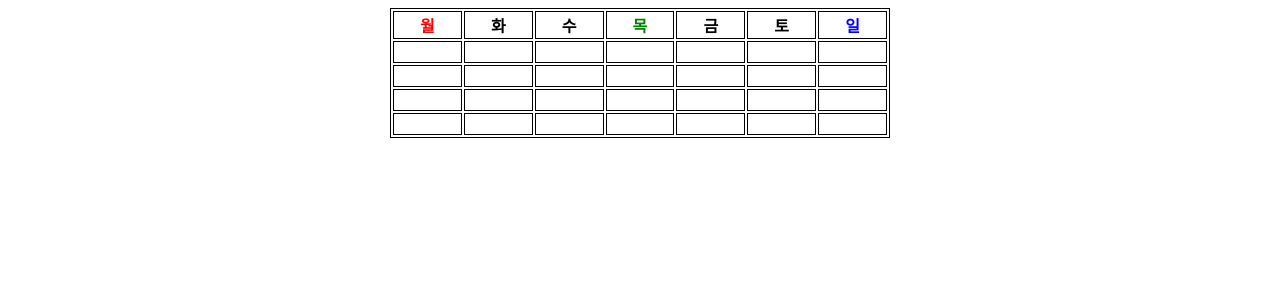
Repository: jpg723/Assignment
Page: http://localhost/LAB5_3/LAB5_3.jsp
An editor plug-in stored every save of this project. The page is shown before and after the next save, followed by the edit.
The browser window is 1280 px wide. The pictures show the whole page.
The page is served by Tomcat 9.

Above is the page before, as saved 2021-10-31 09:40:13.

After the next save:
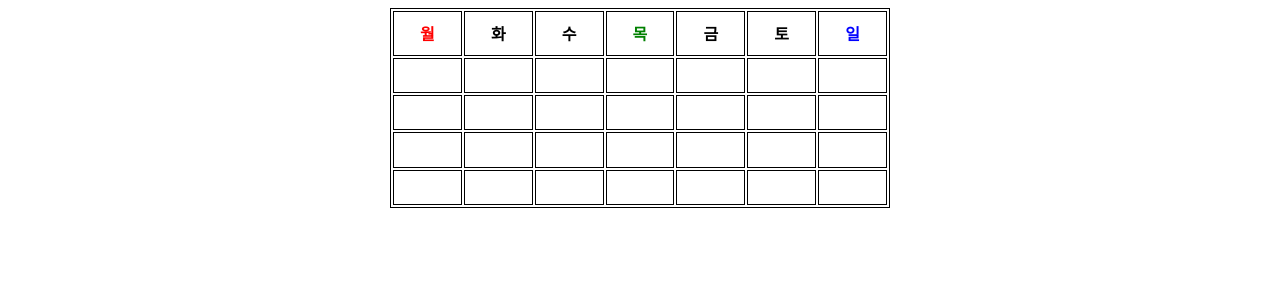
Saved 4 min 23 s later.
--- a/웹프로그래밍/LAB5_3/src/main/webapp/LAB5_3.jsp
+++ b/웹프로그래밍/LAB5_3/src/main/webapp/LAB5_3.jsp
@@ -8,6 +8,7 @@
 <style>
 	table{
 		width: 500px;
+		height: 200px;
 		border: 1px solid;
 	}
 

After the save that followed:
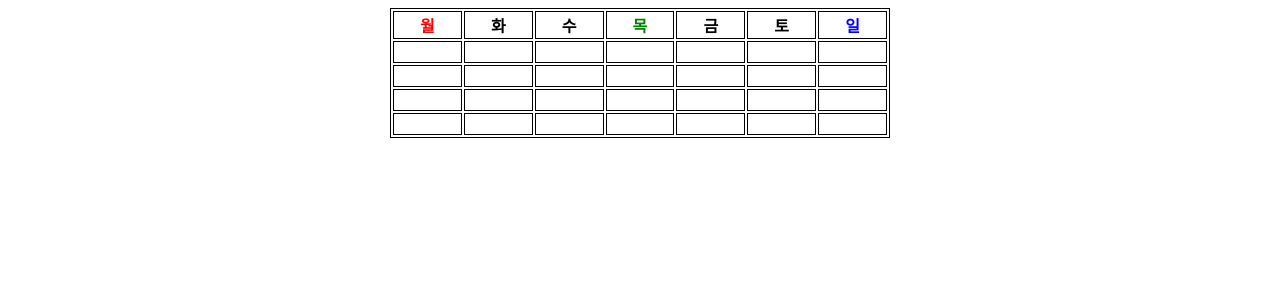
Saved 6 s later.
--- a/웹프로그래밍/LAB5_3/src/main/webapp/LAB5_3.jsp
+++ b/웹프로그래밍/LAB5_3/src/main/webapp/LAB5_3.jsp
@@ -8,7 +8,6 @@
 <style>
 	table{
 		width: 500px;
-		height: 200px;
 		border: 1px solid;
 	}
 
